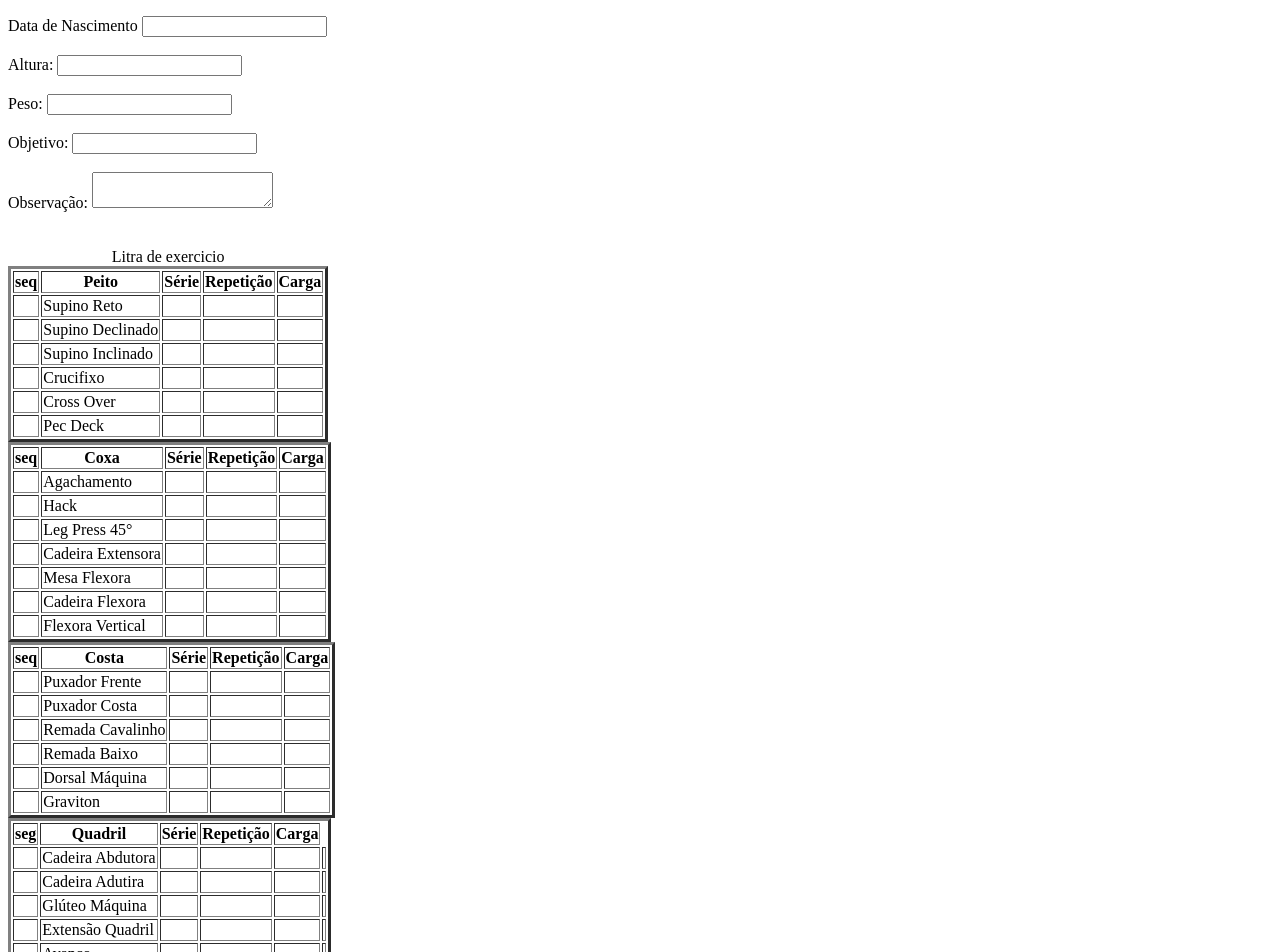
Repository: luisjonson/ProjetoWebAcademia
Page: Projeto_Web/RepositorioWebProject/WebContent/FichaAluno.html
The author's editor kept a copy of each file at every save. The page is drawn from the files as they stood at one save, then again after the next save.
The browser window is 1280 px wide. The pictures show the part of the page from y = 434 to 1386 px (the page is 1464 px tall before and 1460 px after).
A picture or video elsewhere on the page could not be fetched, so the positions and the page height are approximate.

Above is the page before, as saved 2017-04-06 01:10:13.

After the next save:
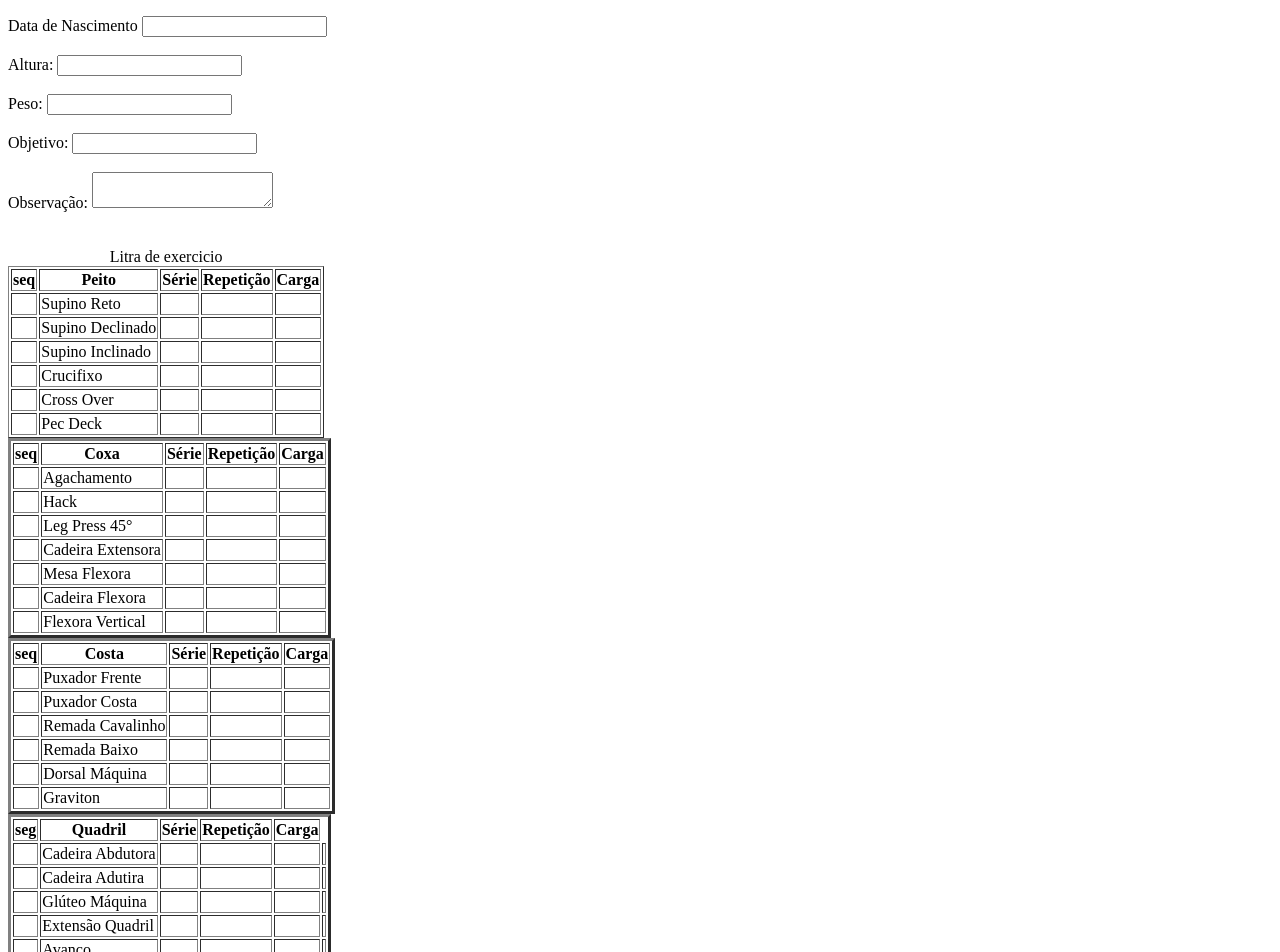
Saved 109 s later.
--- a/Projeto_Web/RepositorioWebProject/WebContent/FichaAluno.html
+++ b/Projeto_Web/RepositorioWebProject/WebContent/FichaAluno.html
@@ -33,7 +33,8 @@
 	<br>
 	<br>
 
-	<table border="3">
+	<div class="table-responsive">
+	<table class="table" border="1">
 
 		<caption>Litra de exercicio</caption>
 
@@ -284,7 +285,7 @@
 			<td></td>
 		</tr>
 	</table>
-	<div class="table-responsive">
+
 		<table  class="table" border="1" >
 
 			<tr>
